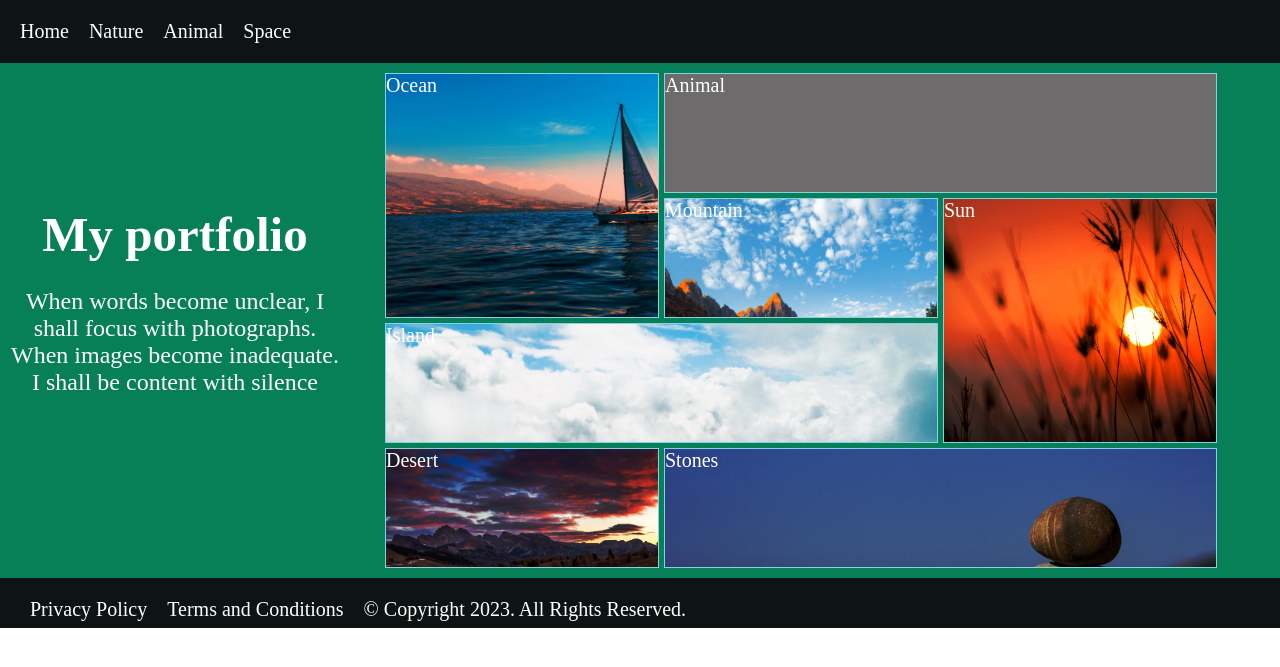
Repository: suraj-yadav7/03_Gallery_Portfolio
Page: index.html
An editor plug-in stored every save of this project. The page is shown before and after the next save, followed by the edit.
The browser window is 1280 px wide. The pictures show the whole page.
Pictures or frames that could not be fetched are drawn as grey boxes. Some web fonts or font styles are not loaded; a fallback is used.

Above is the page before, as saved 2023-02-14 21:25:26.

### index.html
<!DOCTYPE html>
<html lang="en">
<head>
    <meta charset="UTF-8">
    <meta http-equiv="X-UA-Compatible" content="IE=edge">
    <meta name="viewport" content="width=device-width, initial-scale=1.0">
    <title>Gallery</title>
    <link rel="stylesheet" href="style.css">
</head>
<body>
    <nav class="nav-section">
        <div class="nav-container">
        <ul class="nav-item flex">
            <li>    <a href="#">Home</a>   </li>
            <li>    <a href="#">Nature</a> </li>
            <li>    <a href="#">Animal</a> </li>
            <li>    <a href="#">Space</a> </li>
        </ul>
        </div>
    </nav>

        <div class="container flex">
            <div class="header-text">
                <h1 class="heading">My portfolio</h1>
                <p class="para">When words become unclear, I shall focus with photographs. When images become inadequate. I shall be content with silence</p>
            </div>
            <div class="gallery-layout">
                <div class="box" id="box1">Ocean</div>
                <div class="box" id="box2">Animal</div>
                <div class="box" id="box3">Mountain</div>
                <div class="box" id="box4">Sun</div>
                <div class="box" id="box5">Island</div>
                <div class="box" id="box6">Desert</div>
                <div class="box" id="box7">Stones</div>
            </div>
        </div>
        <footer>
            <div class="flex">
                <a>Privacy Policy</a>
                <a>Terms and Conditions</a>
                <a>© Copyright 2023. All Rights Reserved.</a>
            </div>
        </footer>
</body>
</html>

### style.css
@import url('https://fonts.googleapis.com/css2?family=Bodoni+Moda:ital,opsz@0,6..96;1,6..96&display=swap');

*{
    margin: 0;
    padding: 0;
    box-sizing: border-box;
}

:root{
    --primary-text-color: #1a0000;
    --secondary-text-color:  #33331a;
    --accent-color:  #cc99ff;
    --accent-dark-color: #4d88ff;
    --padding-inline-section: 20px;
}


/* Utility */


a{
    text-decoration: none;
    color: rgb(255, 255, 255);


}

.flex{
    display: flex;
    align-items: center;

}

/* Nav section */
.nav-container{
    background-color: rgb(14, 20, 20);
    padding: var(--padding-inline-section);
    font-family: 'Bodoni Moda', serif;
    font-size: 20px;


}
.nav-item{
    gap: 20px;
    list-style: none;
}
a:hover{
    color:#fff;
}

/*main -section */
.container{
    background-color: rgb(7, 127, 87);
    padding-block: 10px;
    gap: 35px;
    font-family: "bodoni modo" ;

}
.header-text{
    height: 250px;
   width: 350px;
    color: white;
    text-align: center;
    padding: 10px;

}
.heading{
    font-size: 49px;
}
.para{
    margin-top: 25px;
    font-size: 1.5rem;
}
.gallery-layout{
    display: grid;
    row-gap: 5px;
    column-gap: 5px;
    grid-template-columns: repeat(3, 1fr);
    grid-auto-rows: 120px;
    flex-basis: 65%;

}

.box{
    background-color: rgb(63, 60, 60);
    border: 1px solid skyblue;
    background-size: cover;
    background-position: top;
    background-blend-mode: hard-light;
    transition: all 1s ease-in-out;
    cursor: pointer;
    color: white;
    font-size: 20px;


}
.box:hover{
    background-color:rgb(210, 204, 204) ;
    background-position: center;

    box-shadow: 0 0 4px #fff;

}

#box1{
    grid-row: span 2;
    background-image: url("images/pexels-szelei-robert-1482193.jpg");


}

#box2{
    grid-column: span 2;
    background-image: url("images/pexels-dsd-1829979.jpg");

}
#box3{
    background-image: url("images/pexels-michael-block-3225517.jpg");

}

#box4{
    grid-row: span 2;
    background-image: url("images/pexels-darwis-alwan-1454752.jpg");
}

#box5{
    grid-column: span 2;
    background-image: url("images/pexels-michael-block-3225524.jpg");

}
#box6{
    background-image: url("images/pexels-michal-lizuch-2919720.jpg");

}

#box7{
    grid-column: span 2;
    background-image: url("images/pexels-pixabay-235990.jpg");

}


/* Footer */
footer{
    height: 50px;
    max-width: 100%;
    background-color: rgb(14, 20, 20);
    padding: var(--padding-inline-section);
    font-family: 'Bodoni Moda', serif;
    font-size: 20px;
}
footer a{
margin:0 10px;
}
/* media queries for Mobile Responsiveness */

@media screen and (max-width: 1024px){

    .container{
        flex-direction: column;
        padding: 20px;
    }
    .box{
        grid-column: span 3;
        grid-row: span 1;

    }
.gallery-layout{
    margin-top:-20px;
    width: 100%;
    grid-auto-rows: 100px;
    padding-inline: 12px;
    row-gap: 10px;

}
#box2, #box5, #box7{
    grid-column: span 3;
}

}

After the next save:
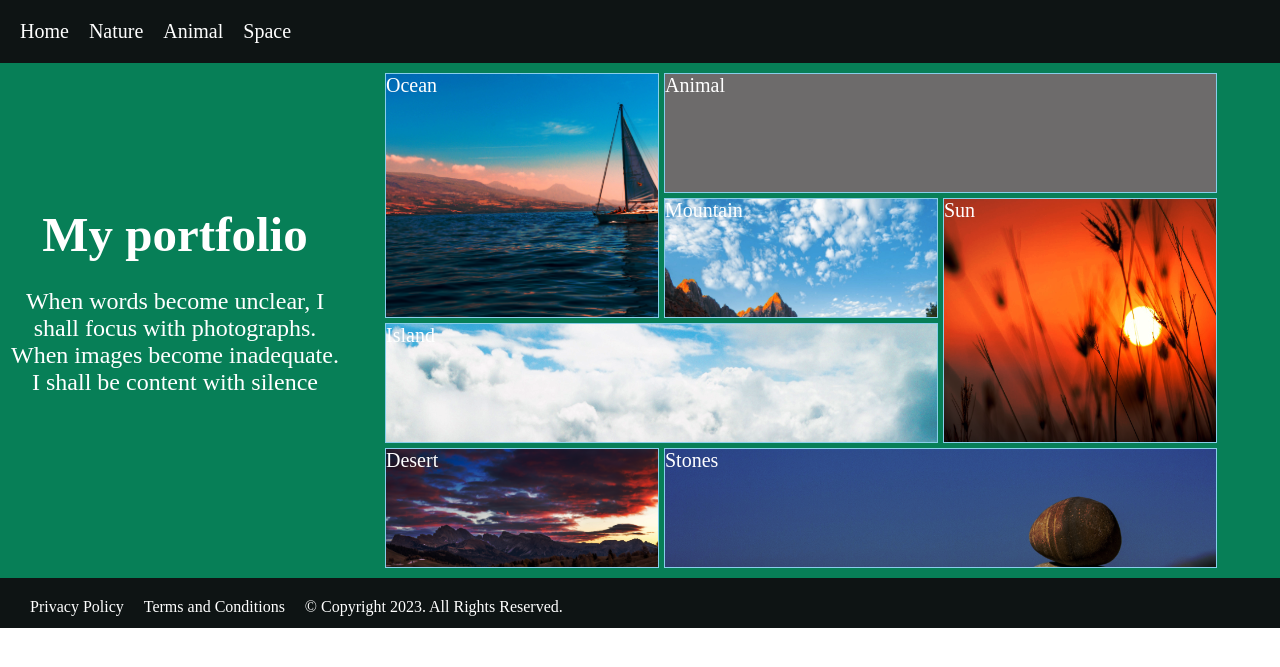
Saved 22 s later.
--- a/style.css
+++ b/style.css
@@ -148,7 +148,7 @@ footer{
     background-color: rgb(14, 20, 20);
     padding: var(--padding-inline-section);
     font-family: 'Bodoni Moda', serif;
-    font-size: 20px;
+    font-size: 1rem;
 }
 footer a{
 margin:0 10px;
